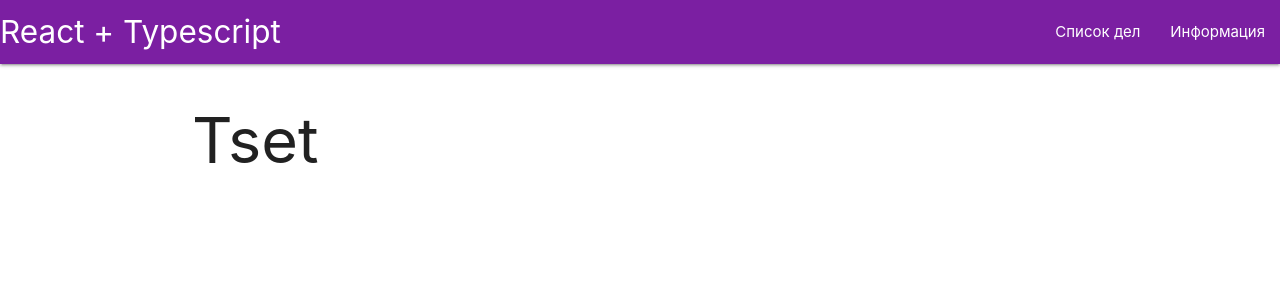
Repository: tsydikov/react_typescript_todo
Page: /
An editor plug-in stored every save of this project. The page is shown before and after the next save, followed by the edit.
The browser window is 1280 px wide. The pictures show the whole page.
The project was rebuilt for these pictures with package versions that can differ from the ones it lists, and the page was loaded fresh each time.

Above is the page before, as saved 2021-08-11 17:40:36.

### src/index.css
body {
  margin: 0;
  font-family: -apple-system, BlinkMacSystemFont, 'Segoe UI', 'Roboto', 'Oxygen',
    'Ubuntu', 'Cantarell', 'Fira Sans', 'Droid Sans', 'Helvetica Neue',
    sans-serif;
  -webkit-font-smoothing: antialiased;
  -moz-osx-font-smoothing: grayscale;
}

code {
  font-family: source-code-pro, Menlo, Monaco, Consolas, 'Courier New',
    monospace;
}

.px1 {
  padding-left: 1rem;
  padding-right: 1rem;
}

### src/App.tsx
import React from 'react';
import { Navbar } from './components/Navbar';


const App: React.FC = () => {
  return (
    <>
      <Navbar />
      <div className="container">
        <h1>Tset</h1>
      </div>
    </>
  )
}

export default App;

### src/components/Navbar.tsx
import React from 'react'

export const Navbar: React.FC = () => (
    <nav>
    <div className="nav-wrapper purple darken-2">
      <a href="#" className="brand-logo">React + Typescript</a>
      <ul className="right hide-on-med-and-down">
        <li><a href="/">Список дел</a></li>
        <li><a href="/">Информация</a></li>
      </ul>
    </div>
  </nav>
)

Loaded but not shown: public/index.html (common file); src/index.js (common file); src/reportWebVitals.js (common file)

After the next save:
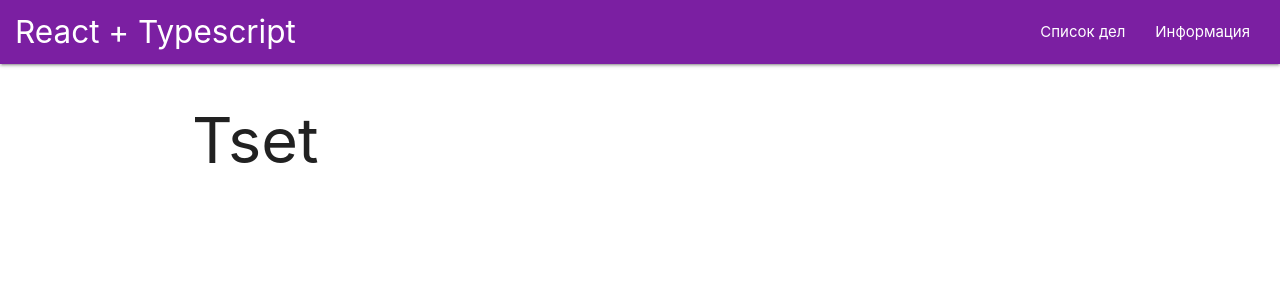
Saved 7 s later.
--- a/src/components/Navbar.tsx
+++ b/src/components/Navbar.tsx
@@ -2,7 +2,7 @@ import React from 'react'
 
 export const Navbar: React.FC = () => (
     <nav>
-    <div className="nav-wrapper purple darken-2">
+    <div className="nav-wrapper purple darken-2 px1">
       <a href="#" className="brand-logo">React + Typescript</a>
       <ul className="right hide-on-med-and-down">
         <li><a href="/">Список дел</a></li>
